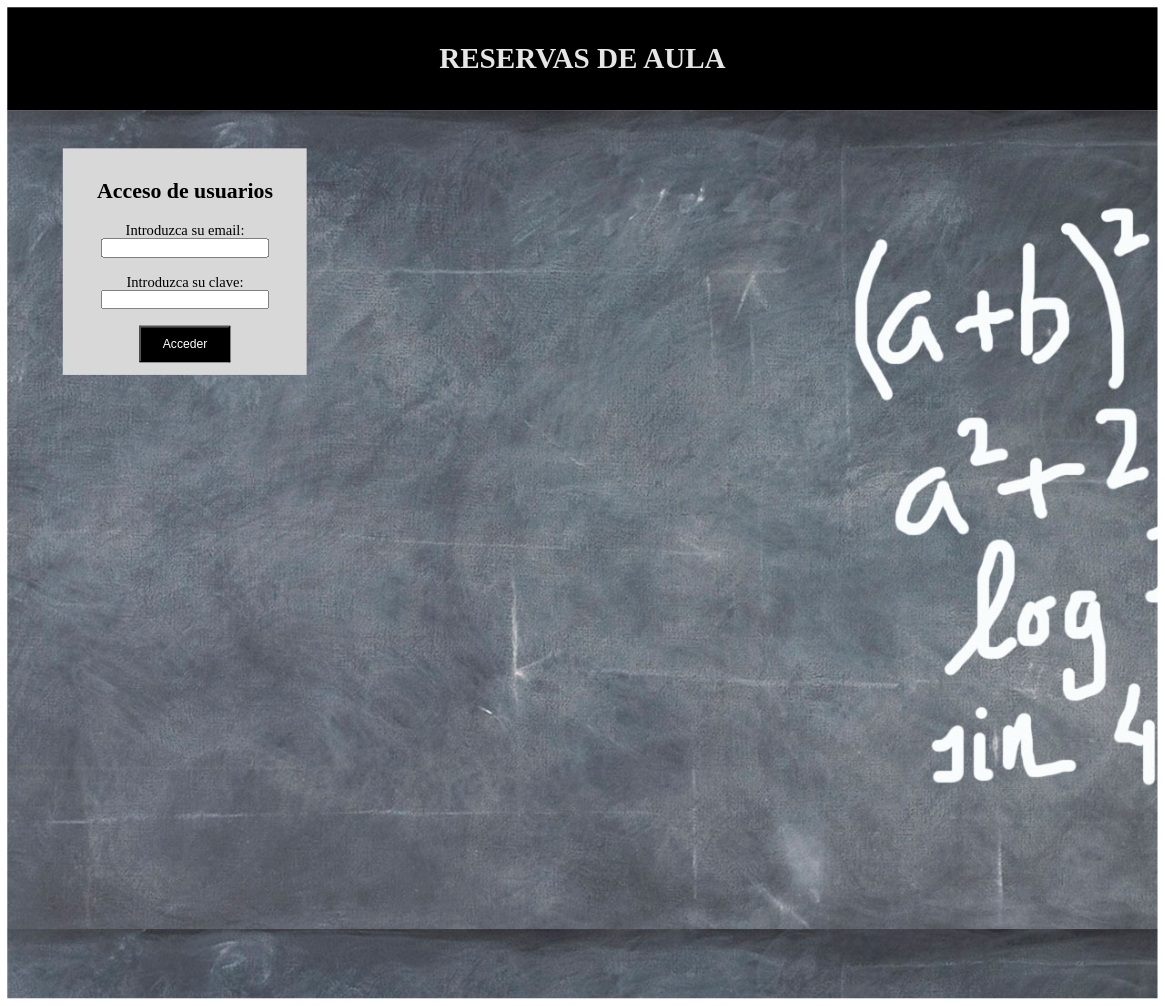
Repository: maguria/Reservas
Page: index.html
The author's editor kept a record of every edit. The page is drawn from the files as they stood at one moment, then again after the next edit.
The browser window is 1280 px wide. The pictures show the whole page, at 91% of full size.

Above is the page before.

After the next edit:
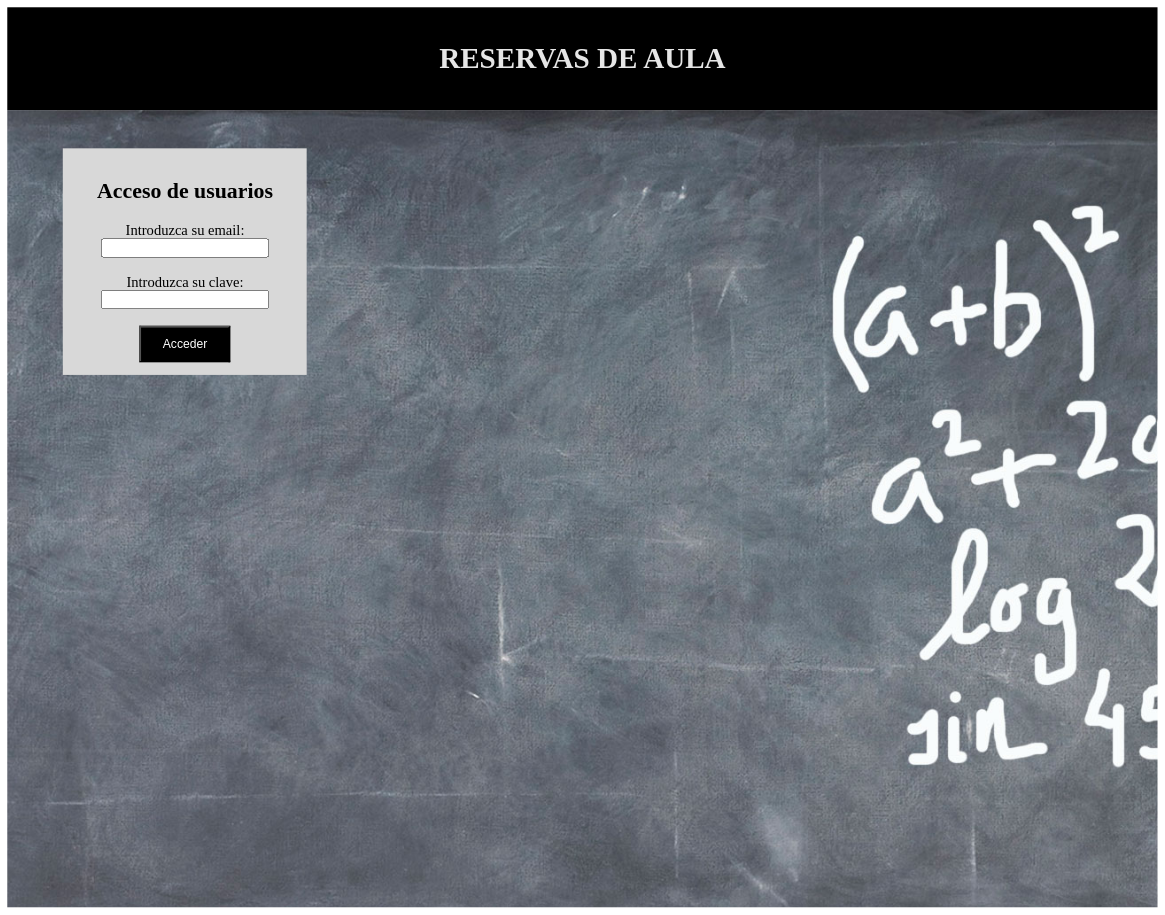
The edit:
--- a/css/main.css
+++ b/css/main.css
@@ -5,7 +5,8 @@
     align-items:stretch;
     background:url(../images/pizarra.jpg);
     padding:3%;
-    height:900px;
+    height:800px;
+    background-size:cover;
 }
 .englobaitem{
     flex:3 1;
